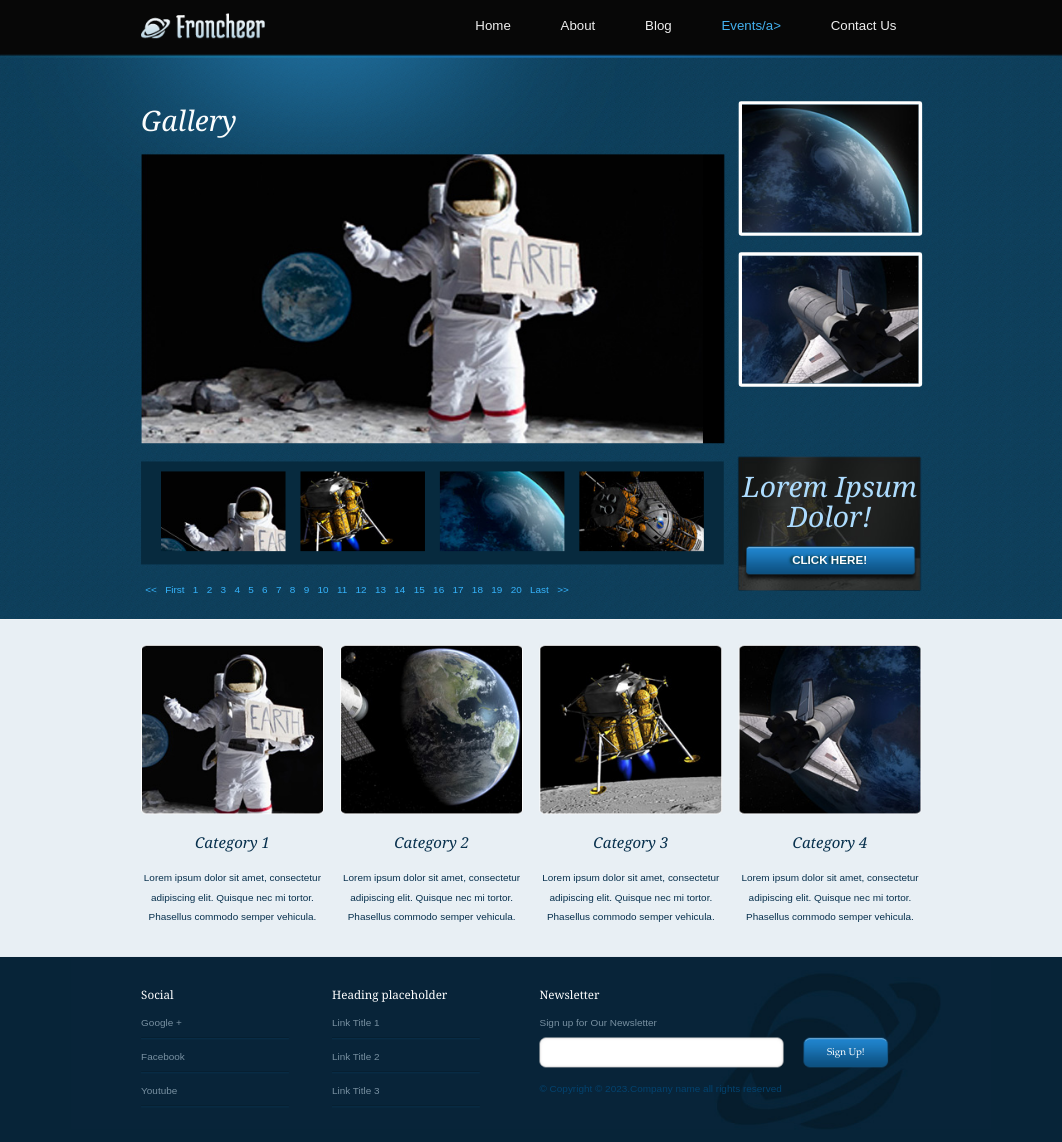
Repository: ojotosin/Hiai
Page: Hiai/gallery.html
An editor plug-in stored every save of this project. The page is shown before and after the next save, followed by the edit.
The browser window is 1280 px wide. The pictures show the whole page, at 83% of full size.

Above is the page before, as saved 2022-06-30 22:22:59.

After the next save:
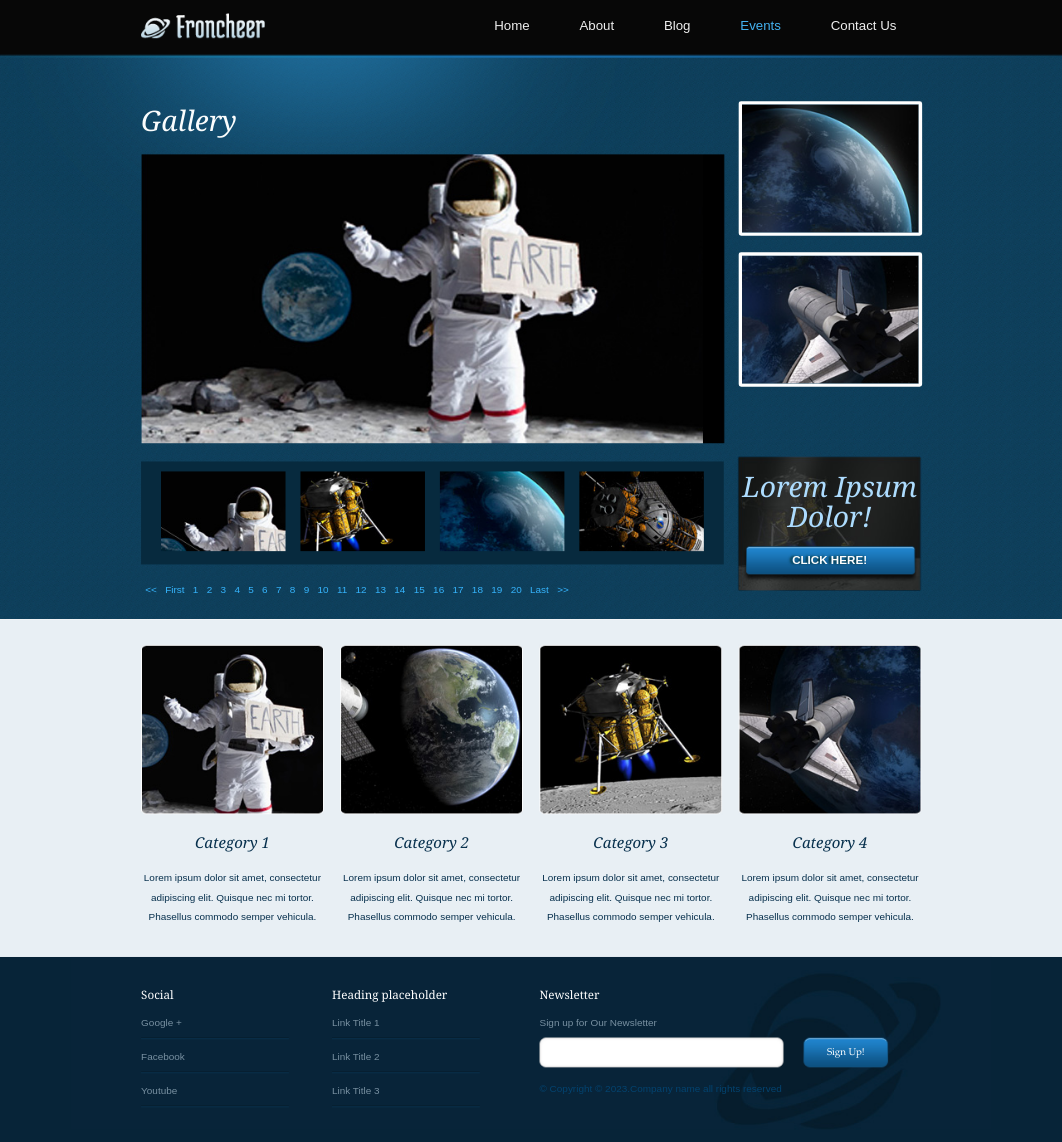
Saved 59 s later.
--- a/Hiai/gallery.html
+++ b/Hiai/gallery.html
@@ -23,7 +23,7 @@
 					<a href="blog.html">Blog</a>
 				</li>
 				<li class="selected">
-					<a href="gallery.html">Events/a>
+					<a href="gallery.html">Events</a>
 				</li>
 				<li>
 					<a href="contact.html">Contact Us</a>
